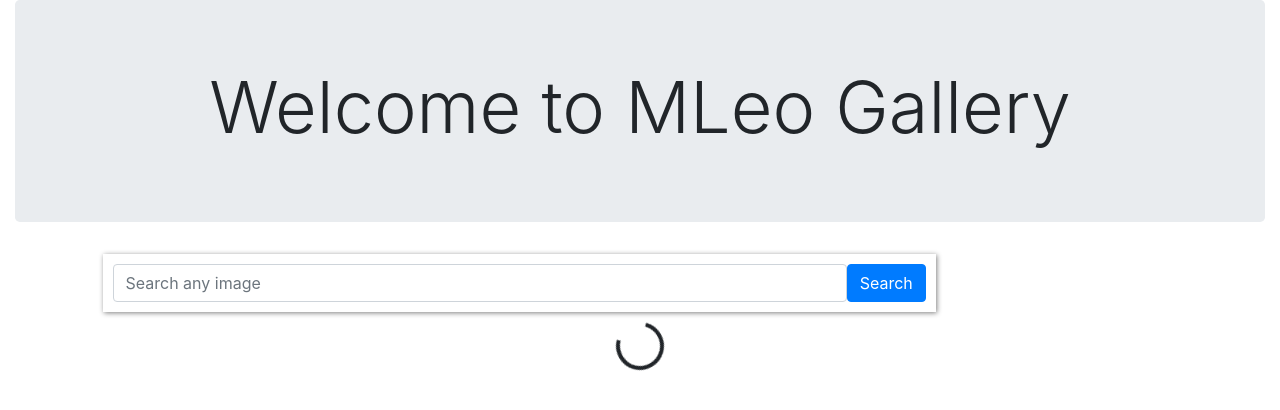
Repository: the-manohar/gallery
Page: /
An editor plug-in stored every save of this project. The page is shown before and after the next save, followed by the edit.
The browser window is 1280 px wide. The pictures show the whole page.
The project was rebuilt for these pictures with package versions that can differ from the ones it lists, and the page was loaded fresh each time.

Above is the page before, as saved 2020-06-18 23:24:42.

### src/index.js
import React from "react";
import ReactDOM from "react-dom";
import "./index.css";
import "bootstrap/dist/css/bootstrap.css";
import App from "./App";
import * as serviceWorker from "./serviceWorker";

ReactDOM.render(
  <React.StrictMode>
    <App />
  </React.StrictMode>,
  document.getElementById("root")
);

// If you want your app to work offline and load faster, you can change
// unregister() to register() below. Note this comes with some pitfalls.
// Learn more about service workers: https://bit.ly/CRA-PWA
serviceWorker.unregister();

### src/App.js
import React, { useState } from "react";
import {
  Button,
  InputGroup,
  InputGroupText,
  InputGroupAddon,
  Input,
  Jumbotron,
  Spinner,
} from "reactstrap";

import "./App.css";

function App() {
  const [value, setValue] = useState("");
  const [result, setResult] = useState([]);
  const fetchImages = () => {
    fetch(
      `https://api.unsplash.com/search/photos/?client_id=V38aA4zOjg1Xb1lBpNRUAK8duXvqwhDHHJbssXB_Pps&query=${value}&orientation=squarish&per_page=18`
    )
      .then((res) => res.json())
      .then((data) => {
        setResult(data.results);
      });
  };
  return (
    <div className="App col-sm-12">
      <Jumbotron>
        <h1 className="display-3">Welcome to MLeo Gallery</h1>
      </Jumbotron>
      <div className="mydiv col-sm-12 col-md-8">
        <InputGroup>
          <Input
            placeholder="Search any image"
            value={value}
            onChange={(event) => setValue(event.target.value)}
          />
        </InputGroup>
        <Button color="primary" onClick={() => fetchImages()}>
          Search
        </Button>
      </div>

      {result.length > 0 ? (
        <div className="col-sm-12">
          {result.map((item) => {
            return (
              <img
                className=" img-thumbnail"
                key={item.id}
                src={item.urls.small}
                alt={item.urls.small}
              />
            );
          })}
        </div>
      ) : (
        <Spinner style={{ width: "3rem", height: "3rem" }} />
      )}
    </div>
  );
}

export default App;

//

### src/App.css
.App {
  text-align: center;
}
.mydiv {
  display: flex;
  justify-content: space-around;
  margin: 10px 7%;
  box-shadow: 1px 1px 5px grey;
  padding: 10px;
}

.gallery {
  display: flex;
  flex-wrap: wrap;
  justify-content: space-around;
}
.item {
  width: 30%;
  margin: 5px;
}

Loaded but not shown: public/index.html (common file); src/index.css (common file); src/serviceWorker.js (common file)

After the next save:
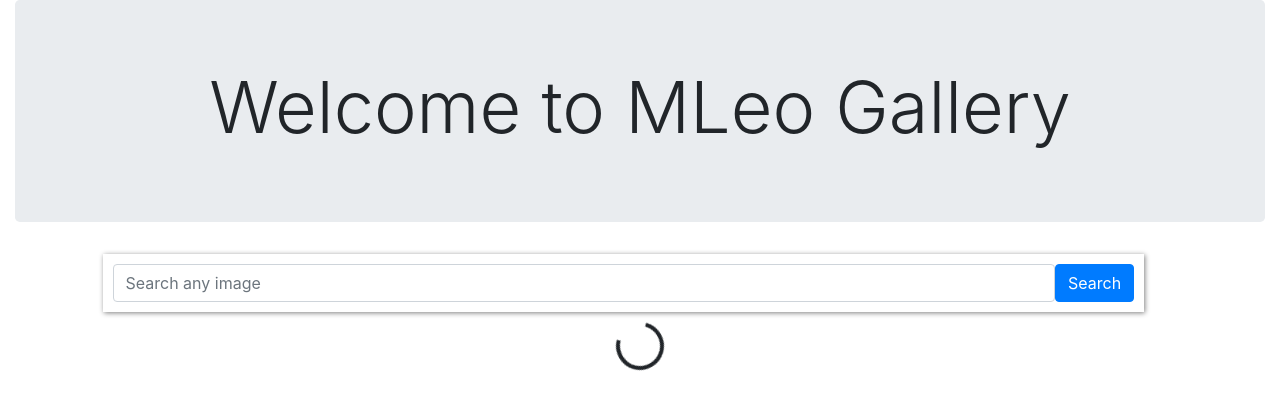
Saved 8 s later.
--- a/src/App.js
+++ b/src/App.js
@@ -28,7 +28,7 @@ function App() {
       <Jumbotron>
         <h1 className="display-3">Welcome to MLeo Gallery</h1>
       </Jumbotron>
-      <div className="mydiv col-sm-12 col-md-8">
+      <div className="mydiv col-sm-12 col-md-10">
         <InputGroup>
           <Input
             placeholder="Search any image"
